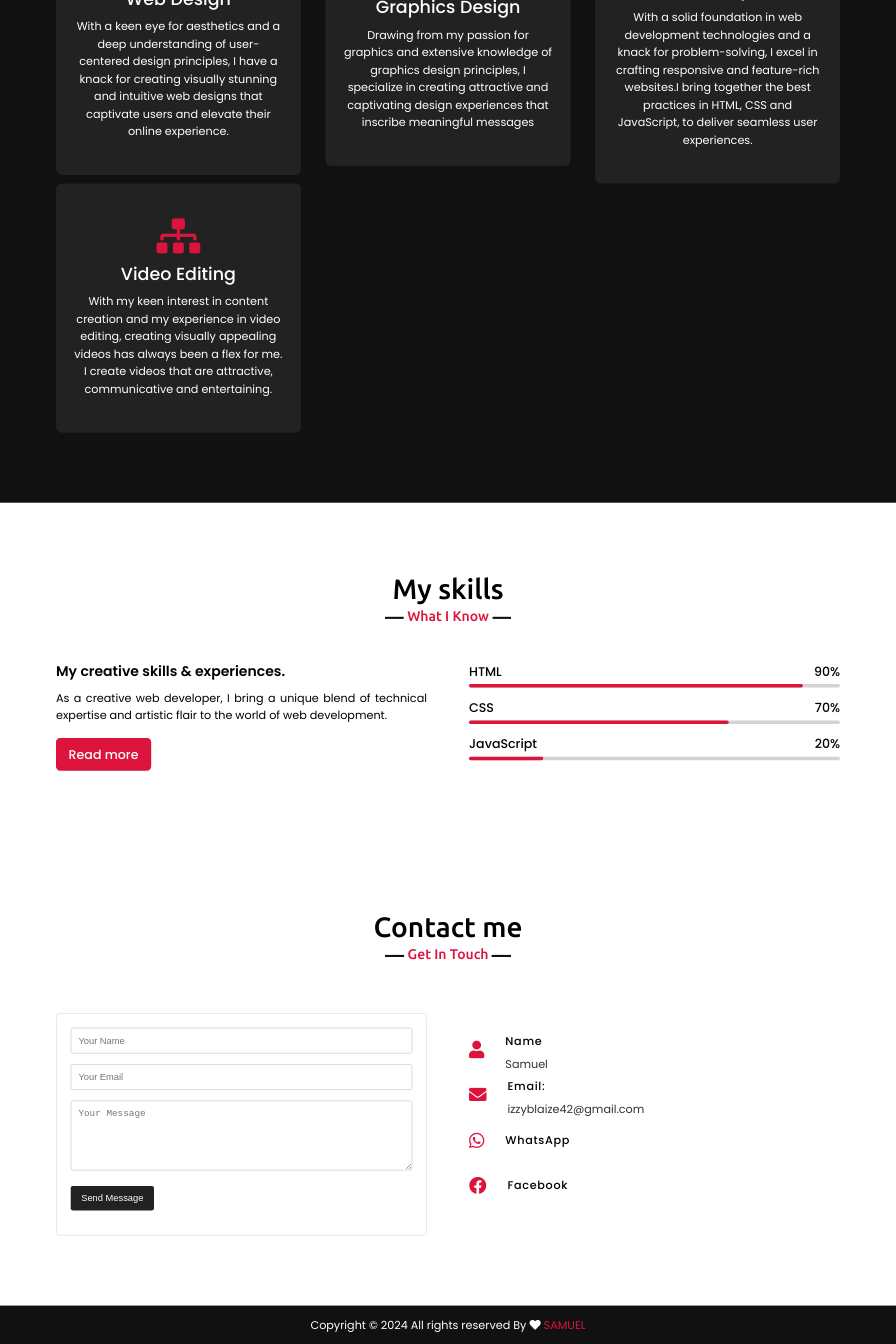
Repository: thedigitalwhizzy/JHF
Page: index.html
An editor plug-in stored every save of this project. The page is shown before and after the next save, followed by the edit.
The browser window is 1280 px wide. The pictures show the part of the page from y = 1823 to 3743 px (the page is 3743 px tall), at 70% of full size.
The pointer rests on the first visible `.form-field button`.
Backgrounds fixed to the window are drawn as part of the page.

Above is the page before, as saved 2024-06-22 15:30:04.

### index.html
<!DOCTYPE html>
<html lang="en">

<head>
  <meta charset="UTF-8">
  <title>Samuel | Portfolio</title>
  <link rel="stylesheet" href="style.css">
  <link rel="stylesheet" href="https://cdnjs.cloudflare.com/ajax/libs/font-awesome/5.15.3/css/all.min.css" />
  <script src="https://code.jquery.com/jquery-3.5.1.min.js"></script>
  <script src="https://cdnjs.cloudflare.com/ajax/libs/typed.js/2.0.11/typed.min.js"></script>
  <script src="https://cdnjs.cloudflare.com/ajax/libs/waypoints/4.0.1/jquery.waypoints.min.js"></script>
  <script src="https://cdnjs.cloudflare.com/ajax/libs/OwlCarousel2/2.3.4/owl.carousel.min.js"></script>
  <link rel="stylesheet" href="https://cdnjs.cloudflare.com/ajax/libs/OwlCarousel2/2.3.4/assets/owl.carousel.min.css" />
  <meta name="title" content="Samuel - Web Developer, Graphics designer, Freelancer, Content creator, Video editor, Photo editor" />
  <meta name="description" content="Samuel - Web Developer, Graphics designer, Freelancer, Content creator, Video editor, Photo editor" />
  <meta name="charset" content="UTF-8" />
  <meta name="viewport" content="width=device-width, initial-scale=1, minimum-scale=1, maximum-scale=1" />
  <meta name="robots" content="index, follow" />
  <meta name="googlebot" content="index, follow" />
  <meta name="revisit-after" content="1 days" />
  <meta http-equiv="X-UA-Compatible" content="IE=edge,chrome=1" />
  <meta http-equiv="Content-Language" content="en" />
  <meta property="og:title" content="Samuel - Web Developer, Graphics designer, Freelancer, Content creator, Video editor, Photo editor">
  <meta property="og:description" content="Samuel - Web Developer, Graphics designer, Freelancer, Content creator, Video editor, Photo editor">
  <meta property="og:locale" content="en_US">
  <meta property="og:type" content="website">
  <meta property="og:site_name" content="Samuel">
  <meta property="og:url" content="">
  <meta itemprop="image" content="rajuan.png">
  <meta property="og:image" content="rajuan.png">
  <meta property="og:image:secure_url" content="rajuan.png">
  <meta property="og:image:width" content="650">
  <meta property="og:image:height" content="350">
  <meta property="twitter:title" content="Samuel - Web Developer, Graphics designer, Freelancer, Content creator, Video editor, Photo editor">
  <meta property="twitter:description" content="Samuel - Web Developer, Graphics designer, Freelancer, Content creator, Video editor, Photo editor">
  <meta property="twitter:url" content="">
  <meta property="twitter:card" content="summary">
  <meta name="apple-mobile-web-app-status-bar" content="#202125">
  <link rel="canonical" href="">
  <link rel="alternate" hreflang="en" href="">
  <link rel="icon" href="icon.png" type="image/x-icon">
  <link rel="dns-prefetch" href="https://cdnjs.cloudflare.com/">
  <meta name="apple-mobile-web-app-status-bar" content="#202125">
</head>

<body>
  <div class="scroll-up-btn">
    <i class="fas fa-angle-up"></i>
  </div>
  <nav class="navbar">
    <div class="max-width">
      <div class="logo"><a href="https://instagram.com/izzy.blaize?igshid=OGY3MTU3OGY1Mw==">Sam<span>uel.</span></a></div>
        <div class="menu-btn">
        <i class="fas fa-bars"></i>
      </div>
    </div>
  </nav>

<body>


  <section class="home" id="home">
    <div class="max-width">
      <div class="home-content">
        <div class="text-1">Hello, My name is</div>
        <div class="text-2">Samuel</div>
        <div class="text-3">And I'm a web designer <span class="typing"></span></div>
        <a href="https://wa.link/4fl7y6">Hire me</a>
      </div>
    </div>
  </section>
  <section class="about" id="about">
    <div class="max-width">
      <h2 class="title">About me</h2>
      <div class="about-content">
        <div class="column left">
          <img src="rajuan.png">
        </div>
        <div class="column right">
          <div class="text">I'm Samuel and I'm a<span class="typing-2"></span></div>
          <p>Passionate programmer and web developer with expertise in front-end development. With a strong eye for design and a commitment to creating seamless user experiences, I specialize in crafting visually appealing appealing websites. Let's bring your ideas to life together!</p>
          <a href="read-more.html">Read More</a>
        </div>
      </div>
    </div>
  </section>
  <section class="services" id="services">
    <div class="max-width">
      <h2 class="title">My services</h2>
      <div class="serv-content">
        <div class="card">
          <div class="box">
            <i class="fas fa-paint-brush"></i>
            <div class="text">Web Design</div>
            <p>With a keen eye for aesthetics and a deep understanding of user-centered design principles, I have a knack for creating visually stunning and intuitive web designs that captivate users and elevate their online experience.</p>
          </div>
        </div>
        <div class="card">
          <div class="box">
            <i class="fas fa-gamepad"></i>
            <div class="text">Graphics Design</div>
            <p>Drawing from my passion for graphics and extensive knowledge of graphics design principles, I specialize in creating attractive and captivating design experiences that inscribe meaningful messages</p>
          </div>
        </div>
        <div class="card">
          <div class="box">
            <i class="fas fa-code"></i>
            <div class="text">Web Development</div>
            <p>With a solid foundation in web development technologies and a knack for problem-solving, I excel in crafting responsive and feature-rich websites.I bring together the best practices in HTML, CSS and JavaScript, to deliver seamless user experiences.</p>
          </div>
        </div>
        <div class="card">
          <div class="box">
            <i class="fas fa-sitemap"></i>
            <div class="text">Video Editing</div>
            <p>With my keen interest in content creation and my experience in video editing, creating visually appealing videos has always been a flex for me. I create videos that are attractive, communicative and entertaining.</p>
          </div>
        </div>
      </div>
    </div>
    </div>
  </section>
  <!-- skills section start -->
  <section class="skills" id="skills">
    <div class="max-width">
      <h2 class="title">My skills</h2>
      <div class="skills-content">
        <div class="column left">
          <div class="text">My creative skills & experiences.</div>
          <p>As a creative web developer, I bring a unique blend of technical expertise and artistic flair to the world of web development.</p>
          <a href="skills.html">Read more</a>
        </div>
        <div class="column right">
          <div class="bars">
            <div class="info">
              <span>HTML</span>
              <span>90%</span>
            </div>
            <div class="line html"></div>
          </div>
          <div class="bars">
            <div class="info">
              <span>CSS</span>
              <span>70%</span>
            </div>
            <div class="line css"></div>
          </div>
          <div class="bars">
            <div class="info">
              <span>JavaScript</span>
              <span>20%</span>
            </div>
            <div class="line js"></div>
          </div>
        </div>
      </div>
    </div>
  </section>
  <!-- contact section start -->
  <section class="contact" id="contact">
    <div class="max-width">
      <h2 class="title">Contact me</h2>
      <div class="contact-content">
        <div class="column left">
          <form action="submit-form.php" method="post" class="contact-form">
            <div class="form-field">
              <input type="text" name="name" id="name" placeholder="Your Name" required>
            </div>
            <div class="form-field">
              <input type="email" name="email" id="email" placeholder="Your Email" required>
            </div>
            <div class="form-field">
              <textarea name="message" id="message" placeholder="Your Message" rows="5" required></textarea>
            </div>
            <div class="form-field">
              <button type="submit">Send Message</button>
            </div>
          </form>
        </div>
        <div class="column right">
          <div class="icons">
            <div class="row">
              <i class="fas fa-user"></i>
              <div class="info">
                <div class="head">Name</div>
                <div class="sub-title">Samuel</div>
              </div>
            </div>
            <div class="row">
              <i class="fas fa-envelope"></i>
              <div class="info">
                <div class="head">Email:</div>
                <div class="sub-title">izzyblaize42@gmail.com</div>
              </div>
            </div>
            <div class="row">
              <i class="fab fa-whatsapp"></i>
              <div class="info">
                <div class="head"><a style="color:#000" href="https://wa.link/4fl7y6">WhatsApp</a>
                </div>
              </div>
            </div>
            <div class="row">
              <i class="fab fa-facebook"></i>
              <div class="info">
                <div class="head"><a style="color:black" href="https://www.facebook.com/profile.php?id=61552224441534&mibextid=9idTr45qYp7jtedz">Facebook</a></div>
              </div>
            </div>
          </div>
        </div>
      </div>
    </div>
  </section>


  <footer>
    <span>Copyright © <script>
        document.write(new Date().getFullYear());
      </script> All rights reserved By <i class="fa fa-heart"></i> <a href="https://www.facebook.com/profile.php?id=61552224441534&mibextid=9idTr45qYp7jtedz">SAMUEL</a></p>
  </footer>
  <script src="script.js"></script>
  <script
  type="text/javascript"
  src="https://cdn.jsdelivr.net/npm/@emailjs/browser@4/dist/email.min.js">
</script>

</body>

</html>

### style.css
@import url('https://fonts.googleapis.com/css2?family=Poppins:wght@400;500;600;700&family=Ubuntu:wght@400;500;700&display=swap');

* {
  margin: 0;
  padding: 0;
  box-sizing: border-box;
  text-decoration: none;
}

.card {
  color: #fff;
}

html {
  scroll-behavior: smooth;
}

/* custom scroll bar */
::-webkit-scrollbar {
  width: 10px;
}

::-webkit-scrollbar-track {
  background: #f1f1f1;
}

::-webkit-scrollbar-thumb {
  background: #888;
}

::-webkit-scrollbar-thumb:hover {
  background: #555;
}

/* all similar content styling codes */
section {
  padding: 100px 0;
}

.max-width {
  max-width: 1300px;
  padding: 0 80px;
  margin: auto;
}

.about,
.services,
.skills,
.teams,
.contact,
footer {
  font-family: 'Poppins', sans-serif;
}

.about .about-content,
.services .serv-content,
.skills .skills-content,
.contact .contact-content {
  display: flex;
  flex-wrap: wrap;
  align-items: center;
  justify-content: space-between;
}

section .title {
  position: relative;
  text-align: center;
  font-size: 40px;
  font-weight: 500;
  margin-bottom: 60px;
  padding-bottom: 20px;
  font-family: 'Ubuntu', sans-serif;
}

section .title::before {
  content: "";
  position: absolute;
  bottom: 0px;
  left: 50%;
  width: 180px;
  height: 3px;
  background: #111;
  transform: translateX(-50%);
}

section .title::after {
  position: absolute;
  bottom: -8px;
  left: 50%;
  font-size: 20px;
  color: crimson;
  padding: 0 5px;
  background: #fff;
  transform: translateX(-50%);
}

/* navbar styling */
.navbar {
  position: fixed;
  width: 100%;
  z-index: 999;
  padding: 30px 0;
  font-family: 'Ubuntu', sans-serif;
  transition: all 0.3s ease;
}

.navbar.sticky {
  padding: 15px 0;
  background: crimson;
}

.navbar .max-width {
  display: flex;
  align-items: center;
  justify-content: space-between;
}

.navbar .logo a {
  color: #fff;
  font-size: 35px;
  font-weight: 600;
}

.navbar .logo a span {
  color: crimson;
  transition: all 0.3s ease;
}

.navbar.sticky .logo a span {
  color: #fff;
}

.navbar .menu li {
  list-style: none;
  display: inline-block;
}

.navbar .menu li a {
  display: block;
  color: #fff;
  font-size: 18px;
  font-weight: 500;
  margin-left: 25px;
  transition: color 0.3s ease;
}

.navbar .menu li a:hover {
  color: crimson;
}

.navbar.sticky .menu li a:hover {
  color: #fff;
}

/* menu btn styling */
.menu-btn {
  color: #fff;
  font-size: 23px;
  cursor: pointer;
  display: none;
}

.scroll-up-btn {
  position: fixed;
  height: 45px;
  width: 42px;
  background: crimson;
  right: 30px;
  bottom: 10px;
  text-align: center;
  line-height: 45px;
  color: #fff;
  z-index: 9999;
  font-size: 30px;
  border-radius: 6px;
  border-bottom-width: 2px;
  cursor: pointer;
  opacity: 0;
  pointer-events: none;
  transition: all 0.3s ease;
}

.scroll-up-btn.show {
  bottom: 30px;
  opacity: 1;
  pointer-events: auto;
}

.scroll-up-btn:hover {
  filter: brightness(100%);
}


/* home section styling */
.home {
  display: flex;
  background: url("banner.jpg") no-repeat center;
  height: 100vh;
  color: #fff;
  min-height: 500px;
  background-size: cover;
  background-attachment: fixed;
  font-family: 'Ubuntu', sans-serif;
}

.home .max-width {
  width: 100%;
  display: flex;
}

.home .max-width .row {
  margin-right: 0;
}

.home .home-content .text-1 {
  font-size: 27px;
}

.home .home-content .text-2 {
  font-size: 75px;
  font-weight: 600;
  margin-left: -3px;
}

.home .home-content .text-3 {
  font-size: 40px;
  margin: 5px 0;
}

.home .home-content .text-3 span {
  color: crimson;
  font-weight: 500;
}

.home .home-content a {
  display: inline-block;
  background: crimson;
  color: #fff;
  font-size: 25px;
  padding: 12px 36px;
  margin-top: 20px;
  font-weight: 400;
  border-radius: 6px;
  border: 2px solid crimson;
  transition: all 0.3s ease;
}

.home .home-content a:hover {
  color: crimson;
  background: none;
}

/* about section styling */
.about .title::after {
  content: "Who Am I";
}

.about .about-content .left {
  width: 45%;
}

.about .about-content .left img {
  height: 400px;
  width: 400px;
  object-fit: cover;
  border-radius: 6px;
}

.about .about-content .right {
  width: 55%;
}

.about .about-content .right .text {
  font-size: 25px;
  font-weight: 600;
  margin-bottom: 10px;
}

.about .about-content .right .text span {
  color: crimson;
}

.about .about-content .right p {
  text-align: justify;
}

.about .about-content .right a {
  display: inline-block;
  background: crimson;
  color: #fff;
  font-size: 20px;
  font-weight: 500;
  padding: 10px 30px;
  margin-top: 20px;
  border-radius: 6px;
  border: 2px solid crimson;
  transition: all 0.3s ease;
}

.about .about-content .right a:hover {
  color: crimson;
  background: none;
}

/* services section styling */
.services,
.teams {
  color: #fff;
  background: #111;
}

.services .title::before,
.teams .title::before {
  background: #fff;
}

.services .title::after,
.teams .title::after {
  background: #111;
  content: "What I Provide";
}

.services .serv-content .card {
  width: calc(33% - 20px);
  background: #222;
  text-align: center;
  border-radius: 9px;
  padding: 50px 25px;
  cursor: pointer;
  transition: all 0.3s ease;
}

.services .serv-content .card:hover {
  background: crimson;
}

.services .serv-content .card .box {
  transition: all 0.3s ease;
}

.services .serv-content .card:hover .box {
  transform: scale(1.05);
}

.services .serv-content .card i {
  font-size: 50px;
  color: crimson;
  transition: color 0.3s ease;
}

.services .serv-content .card:hover i {
  color: #fff;
}

.services .serv-content .card .text {
  font-size: 25px;
  font-weight: 500;
  margin: 10px 0 7px 0;
}

/* skills section styling */

.skills .title::after {
  content: "What I Know";
}

.skills .skills-content .column {
  width: calc(50% - 30px);
}

.skills .skills-content .left .text {
  font-size: 20px;
  font-weight: 600;
  margin-bottom: 10px;
}

.skills .skills-content .left p {
  text-align: justify;
}

.skills .skills-content .left a {
  display: inline-block;
  background: crimson;
  color: #fff;
  font-size: 18px;
  font-weight: 500;
  padding: 8px 16px;
  margin-top: 20px;
  border-radius: 6px;
  border: 2px solid crimson;
  transition: all 0.3s ease;
}

.skills .skills-content .left a:hover {
  color: crimson;
  background: none;
}

.skills .skills-content .right .bars {
  margin-bottom: 15px;
}

.skills .skills-content .right .info {
  display: flex;
  margin-bottom: 5px;
  align-items: center;
  justify-content: space-between;
}

.skills .skills-content .right span {
  font-weight: 500;
  font-size: 18px;
}

.skills .skills-content .right .line {
  height: 5px;
  width: 100%;
  background: lightgrey;
  position: relative;
  border-radius: 20px;
}

.skills .skills-content .right .line::before {
  content: "";
  position: absolute;
  height: 100%;
  left: 0;
  top: 0;
  background: crimson;
}

.skills-content .right .html::before {
  width: 90%;
  border-radius: 20px;
}

.skills-content .right .css::before {
  width: 70%;
  border-radius: 20px;
}

.skills-content .right .js::before {
  width: 20%;
  border-radius: 20px;
}

.skills-content .right .php::before {
  width: 50%;
  border-radius: 20px;
}

.skills-content .right .mysql::before {
  width: 70%;
  border-radius: 20px;
}

.skills-content .right .python::before {
  width: 40%;
  border-radius: 20px;
}

.skills-content .right .java::before {
  width: 55%;
  border-radius: 20px;
}

/* teams section styling */
.teams .title::after {
  content: "Who With Me";
}

.teams .carousel .card {
  background: #222;
  border-radius: 6px;
  padding: 25px 35px;
  text-align: center;
  overflow: hidden;
  transition: all 0.3s ease;
}

.teams .carousel .card:hover {
  background: crimson;
}

.teams .carousel .card .box {
  display: flex;
  flex-direction: column;
  align-items: center;
  justify-content: center;
  transition: all 0.3s ease;
}

.teams .carousel .card:hover .box {
  transform: scale(1.05);
}

.teams .carousel .card .text {
  font-size: 25px;
  font-weight: 500;
  margin: 10px 0 7px 0;
}

.teams .carousel .card img {
  height: 150px;
  width: 150px;
  object-fit: cover;
  border-radius: 50%;
  border: 5px solid crimson;
  transition: all 0.3s ease;
}

.teams .carousel .card:hover img {
  border-color: #fff;
}

.owl-dots {
  text-align: center;
  margin-top: 20px;
}

.owl-dot {
  height: 13px;
  width: 13px;
  margin: 0 5px;
  outline: none !important;
  border-radius: 50%;
  border: 2px solid crimson !important;
  transition: all 0.3s ease;
}

.owl-dot.active {
  width: 35px;
  border-radius: 14px;
}

.owl-dot.active,
.owl-dot:hover {
  background: crimson !important;
}

/* contact section styling */
.contact .title::after {
  content: "Get In Touch";
}

.contact .contact-content .column {
  width: calc(50% - 30px);
}

.contact .contact-content .text {
  font-size: 20px;
  font-weight: 600;
  margin-bottom: 10px;
}

.contact .contact-content .left p {
  text-align: justify;
}

.contact .contact-content .left .icons {
  margin: 10px 0;
}

.contact .contact-content .row {
  display: flex;
  height: 65px;
  align-items: center;
}

.contact .contact-content .row .info {
  margin-left: 30px;
}

.contact .contact-content .row i {
  font-size: 25px;
  color: crimson;
}

.contact .contact-content .info .head {
  font-weight: 500;
}

.contact .contact-content .info .sub-title {
  color: #333;
}

.contact .right form .fields {
  display: flex;
}

.contact .right form .field,
.contact .right form .fields .field {
  height: 45px;
  width: 100%;
  margin-bottom: 15px;
}

.contact .right form .textarea {
  height: 80px;
  width: 100%;
}

.contact .right form .name {
  margin-right: 10px;
}

.contact .right form .field input,
.contact .right form .textarea textarea {
  height: 100%;
  width: 100%;
  border: 1px solid lightgrey;
  border-radius: 6px;
  outline: none;
  padding: 0 15px;
  font-size: 17px;
  font-family: 'Poppins', sans-serif;
  transition: all 0.3s ease;
}

.contact .right form .field input:focus,
.contact .right form .textarea textarea:focus {
  border-color: #b3b3b3;
}

.contact .right form .textarea textarea {
  padding-top: 10px;
  resize: none;
}

.contact .right form .button-area {
  display: flex;
  align-items: center;
}

.right form .button-area button {
  color: #fff;
  display: block;
  width: 160px !important;
  height: 45px;
  outline: none;
  font-size: 18px;
  font-weight: 500;
  border-radius: 6px;
  cursor: pointer;
  flex-wrap: nowrap;
  background: crimson;
  border: 2px solid crimson;
  transition: all 0.3s ease;
}

.right form .button-area button:hover {
  color: crimson;
  background: none;
}

/* footer section styling */
footer {
  background: #111;
  padding: 15px 23px;
  color: #fff;
  text-align: center;
}

footer span a {
  color: crimson;
  text-decoration: none;
}

footer span a:hover {
  text-decoration: underline;
}


/* responsive media query start */
@media (max-width: 1104px) {
  .about .about-content .left img {
    height: 350px;
    width: 350px;
  }
}

@media (max-width: 991px) {
  .max-width {
    padding: 0 50px;
  }
}

@media (max-width: 947px) {
  .menu-btn {
    display: block;
    z-index: 999;
  }

  .menu-btn i.active:before {
    content: "\f00d";
  }

  .navbar .menu {
    position: fixed;
    height: 100vh;
    width: 100%;
    left: -100%;
    top: 0;
    background: #111;
    text-align: center;
    padding-top: 80px;
    transition: all 0.3s ease;
  }

  .navbar .menu.active {
    left: 0;
  }

  .navbar .menu li {
    display: block;
  }

  .navbar .menu li a {
    display: inline-block;
    margin: 20px 0;
    font-size: 25px;
  }

  .home .home-content .text-2 {
    font-size: 70px;
  }

  .home .home-content .text-3 {
    font-size: 35px;
  }

  .home .home-content a {
    font-size: 23px;
    padding: 10px 30px;
  }

  .max-width {
    max-width: 930px;
  }

  .about .about-content .column {
    width: 100%;
  }

  .about .about-content .left {
    display: flex;
    justify-content: center;
    margin: 0 auto 60px;
  }

  .about .about-content .right {
    flex: 100%;
  }

  .services .serv-content .card {
    width: calc(50% - 10px);
    margin-bottom: 20px;
  }

  .skills .skills-content .column,
  .contact .contact-content .column {
    width: 100%;
    margin-bottom: 35px;
  }
}

@media (max-width: 690px) {
  .max-width {
    padding: 0 23px;
  }

  .home .home-content .text-2 {
    font-size: 60px;
  }

  .home .home-content .text-3 {
    font-size: 32px;
  }

  .home .home-content a {
    font-size: 20px;
  }

  .services .serv-content .card {
    width: 100%;
  }
}

.head {
  padding: 8px 0;
  font-weight: bold;
  letter-spacing: 1px;
}

.rm-ol li {
  padding: 5px 0;
}


@media (max-width: 500px) {
  .home .home-content .text-2 {
    font-size: 50px;
  }

  .home .home-content .text-3 {
    font-size: 27px;
  }

  .about .about-content .right .text,
  .skills .skills-content .left .text {
    font-size: 19px;
  }

  .contact .right form .fields {
    flex-direction: column;
  }

  .contact .right form .name,
  .contact .right form .email {
    margin: 0;
  }

  .right form .error-box {
    width: 150px;
  }

  .scroll-up-btn {
    right: 15px;
    bottom: 15px;
    height: 38px;
    width: 35px;
    font-size: 23px;
    line-height: 38px;
  }
}


/* julius modifications start here */
.contact-form {
  margin-top: 20px;
  padding: 20px;
  border: 1px solid #ddd;
  border-radius: 5px;
}

.form-field {
  margin-bottom: 15px;
}

.form-field input,
.form-field textarea {
  width: 100%;
  padding: 10px;
  border: 1px solid #ccc;
  border-radius: 3px;
}

.form-field textarea {
  height: 100px;
}

.form-field button {
  background-color: #333;
  color: #fff;
  padding: 10px 15px;
  border: none;
  border-radius: 3px;
  cursor: pointer;
}

.form-field button:hover {
  background-color: #222;
}



/* julius modification ends here */

Loaded but not shown: script.js (73 lines, source omitted)

After the next save:
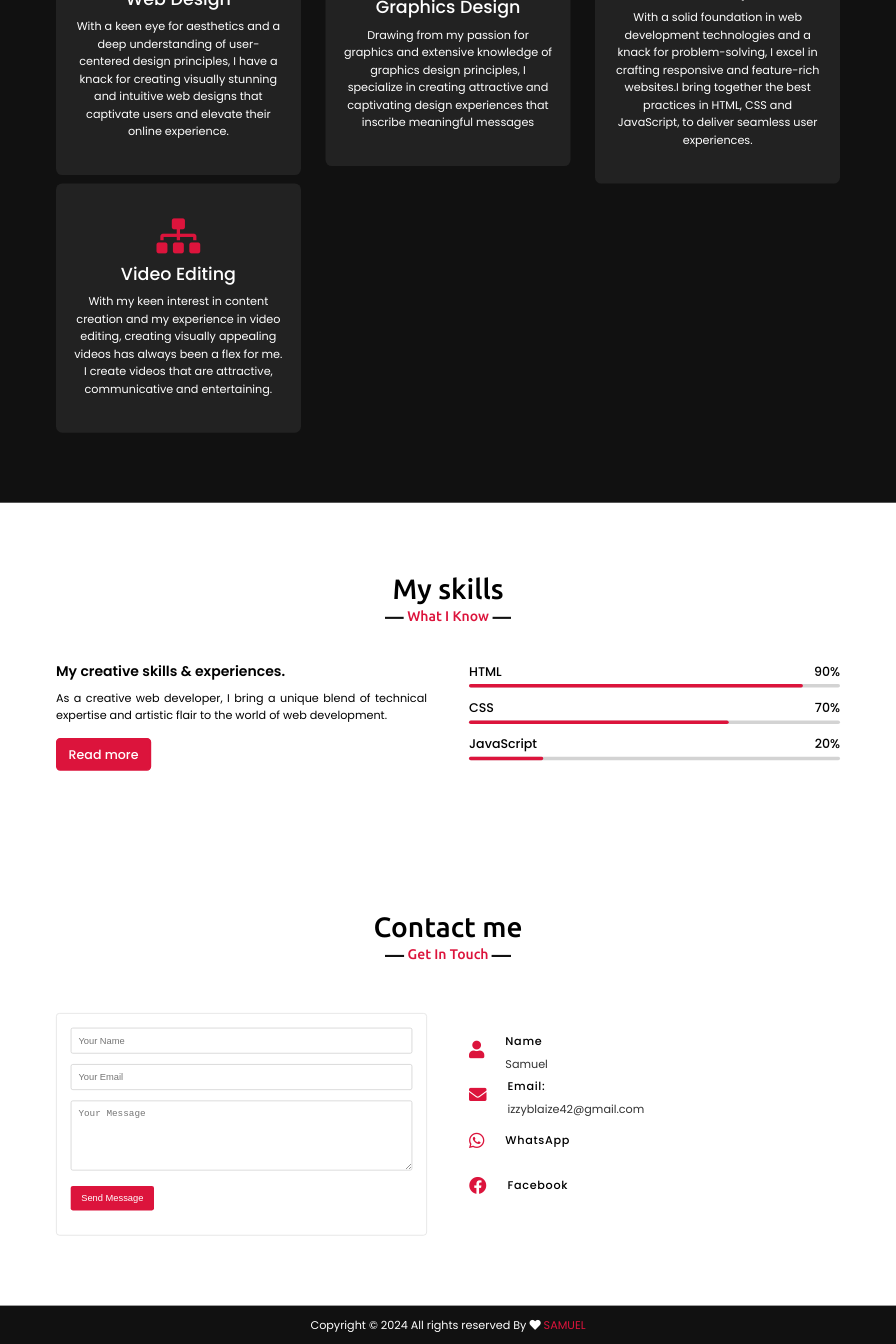
Saved 56 s later.
--- a/style.css
+++ b/style.css
@@ -869,7 +869,7 @@ footer span a:hover {
 }
 
 .form-field button:hover {
-  background-color: #222;
+  background-color: crimson;
 }
 
 
